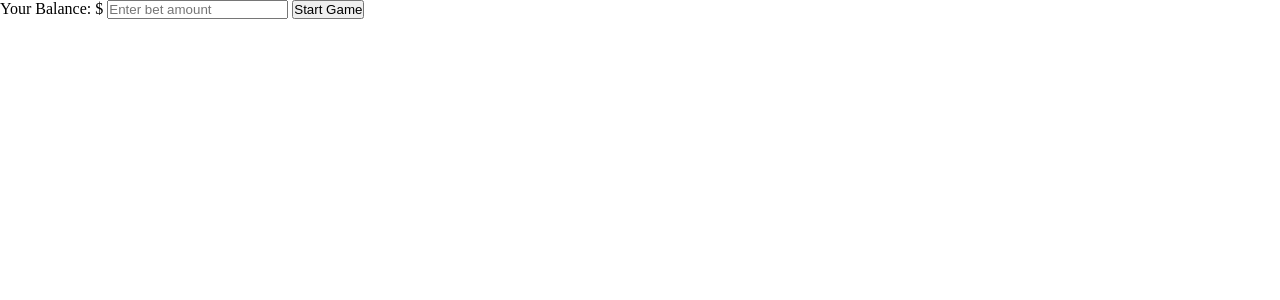
Repository: raghhavv03/javascript-practice
Page: task-5/bet.html
These files come from the project's save history. The page is drawn as it stood at one moment and after the next save; the edit follows.
The browser window is 1280 px wide. The pictures show the whole page.

Above is the page before, as saved 2026-02-09 00:41:28.

### task-5/bet.html
<!DOCTYPE html>
<html>
    <head>
        <title>BlackJack</title>
        <link rel="stylesheet" href="./css/style.css">
        <script src="./js/bet.js" defer></script>
    </head>
    <body>
        <p>Your Balance: $<span id="balance"></span></h2>

        <input type="number" id="bet-input" placeholder="Enter bet amount">
        <button id="start-game-btn">Start Game</button>

        <p id="bet-error-msg"></p>
    </body>
</html>

### task-5/css/style.css
* {
    margin: 0;
    padding: 0;
    box-sizing: border-box;
}

### task-5/js/bet.js
const balance = localStorage.getItem("balance")
document.getElementById("balance").textContent = balance

const startGameBtn = document.getElementById("start-game-btn")
const ErrorMsg = document.getElementById("bet-error-msg")

startGameBtn.addEventListener("click", function() {
    const bet = document.getElementById("bet-input").value

    if (bet <= 0 || bet > balance) {
        ErrorMsg.textContent = "Please enter a valid bet amount"
        return
    }

    localStorage.setItem("bet", bet)
    window.location.href = "game.html"
})

After the next save:
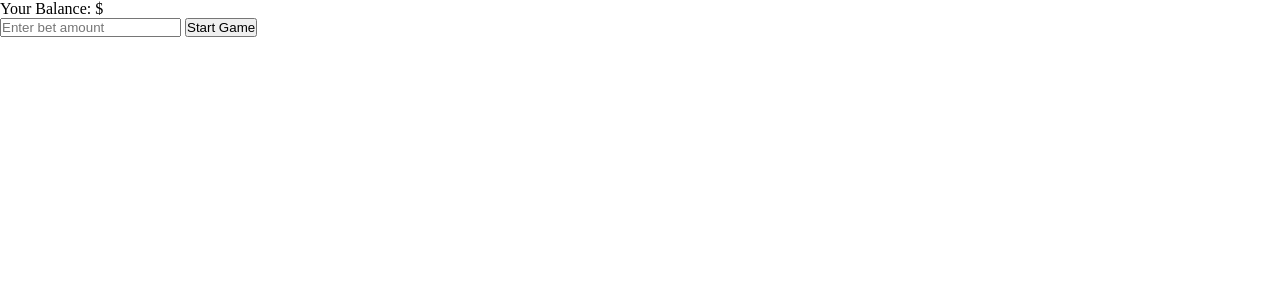
Saved 4 s later.
--- a/task-5/bet.html
+++ b/task-5/bet.html
@@ -6,7 +6,7 @@
         <script src="./js/bet.js" defer></script>
     </head>
     <body>
-        <p>Your Balance: $<span id="balance"></span></h2>
+        <p id="balance-p">Your Balance: $<span id="balance"></span></p>
 
         <input type="number" id="bet-input" placeholder="Enter bet amount">
         <button id="start-game-btn">Start Game</button>
